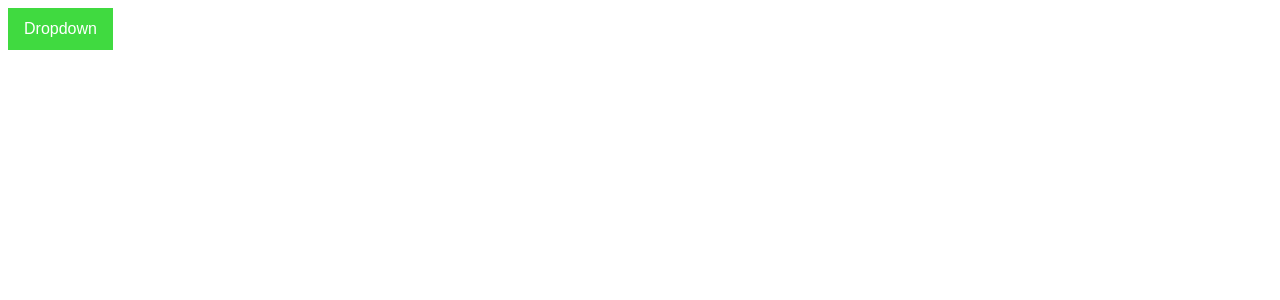
Repository: nvngon2604/Git
Page: web/index.html
These files come from the project's save history. The page is drawn as it stood at one moment and after the next save; the edit follows.
The browser window is 1280 px wide. The pictures show the whole page.

Above is the page before, as saved 2020-05-10 17:38:02.

### web/index.html
<!DOCTYPE html>
<html lang="en">
<head>
    <meta charset="UTF-8">
    <meta name="viewport" content="width=device-width, initial-scale=1.0">
    <title>Document</title>
    <style>
        * {
            font-family: sans-serif;
        }
        .dropdown {
            position: relative;
        }
        .dropbtn {
            background-color: rgb(64, 218, 64);
            color: white;
            border: none;
            padding: 12px 16px;
            font-size: 16px;
        }
        .dropdown button:hover {
            background-color: rgb(51, 155, 51);
        }
        .dropdown-content {
            display: none;
            display: absolute;
            width: 150px;
            background-color: rgb(238, 238, 238);
            box-shadow: 0px 8px 16px 0px rgba(0,0,0,0.2);
        }
        .dropdown-content a {
            color:black;
            padding: 12px 16px;
            text-decoration: none;
            display: block;
            border-bottom: 1px solid rgb(145, 145, 145);
        }
        .dropdown-content a:hover {
            background-color: rgb(204, 204, 204);
        }
        .dropdown:hover .dropdown-content {
            display: block;
        }
    </style>
</head>
<body>
    <div class="dropdown">
        <div>
            <button type="button" class="dropbtn">Dropdown</button>
        </div>
        <div class="dropdown-content">
            <a href="#">Link 1</a>
            <a href="#">Link 2</a>
            <a href="#">Link 3</a>
        </div>
    </div>
</body>
</html>

After the next save:
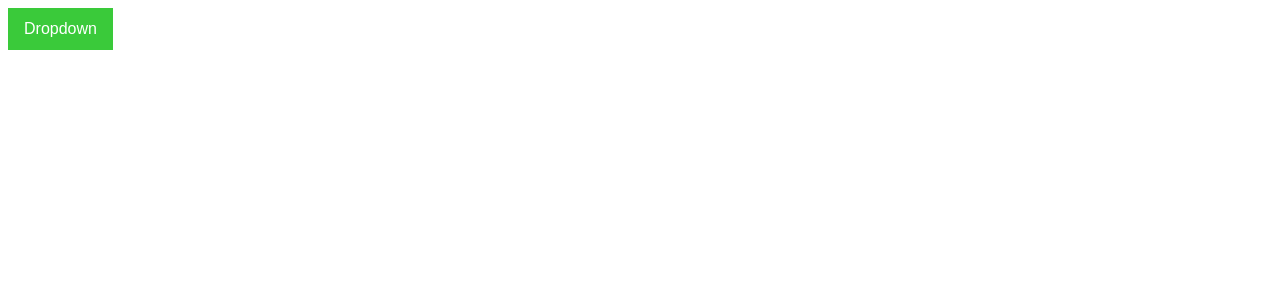
Saved 113 s later.
--- a/web/index.html
+++ b/web/index.html
@@ -12,7 +12,7 @@
             position: relative;
         }
         .dropbtn {
-            background-color: rgb(64, 218, 64);
+            background-color: rgb(58, 202, 58);
             color: white;
             border: none;
             padding: 12px 16px;
